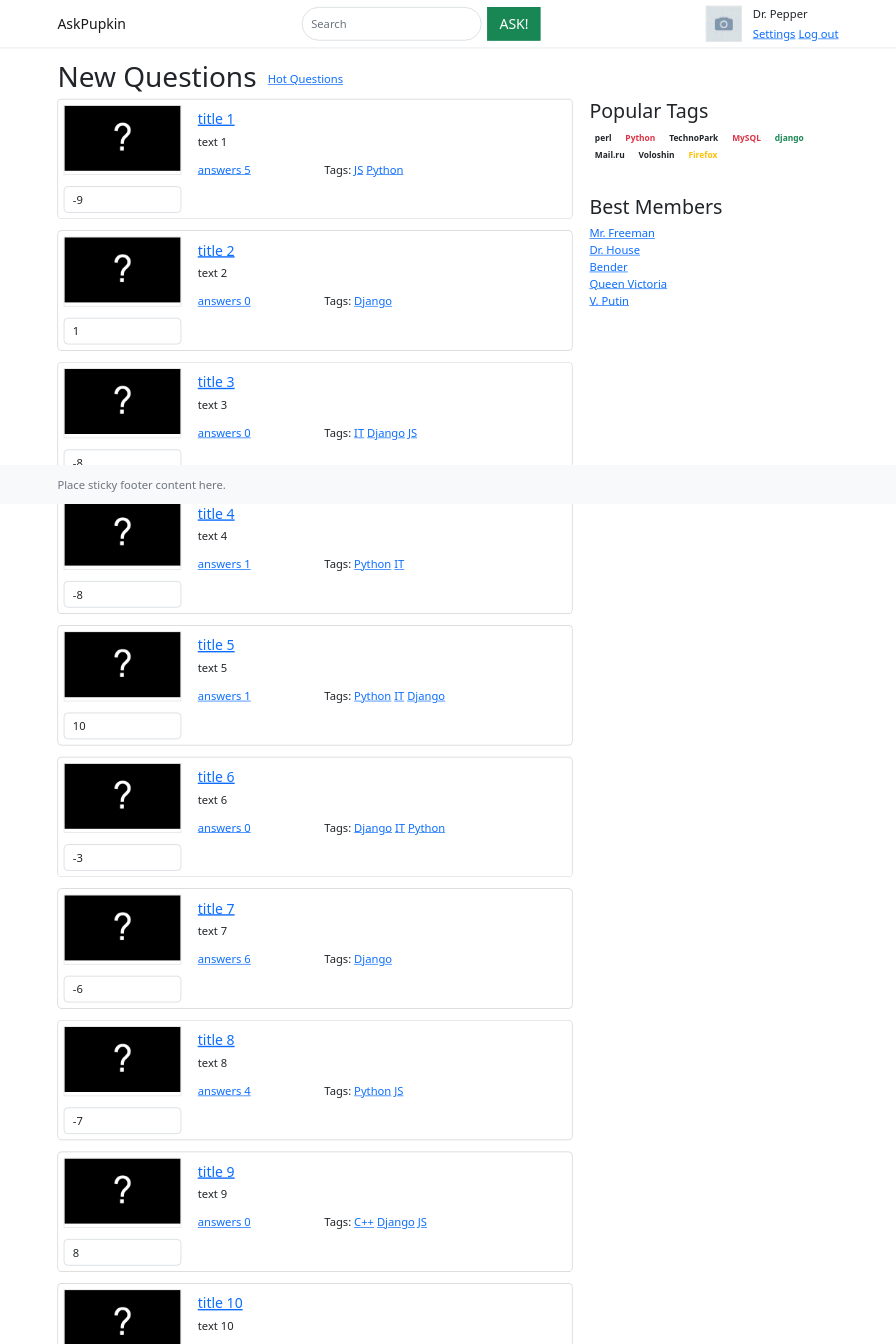
Repository: MiniDan21/askme_molchanov_django
Page: http://localhost/
The author's editor kept a copy of each file at every save. The page is drawn from the files as they stood at one save, then again after the next save.
The browser window is 1280 px wide. The pictures show the part of the page from y = 0 to 1920 px (the page is 5647 px tall before and 5643 px after), at 70% of full size.
The page is served by the project's application, run on Django 5.2 (manage.py).

Above is the page before, as saved 2024-04-09 12:37:53.

After the next save:
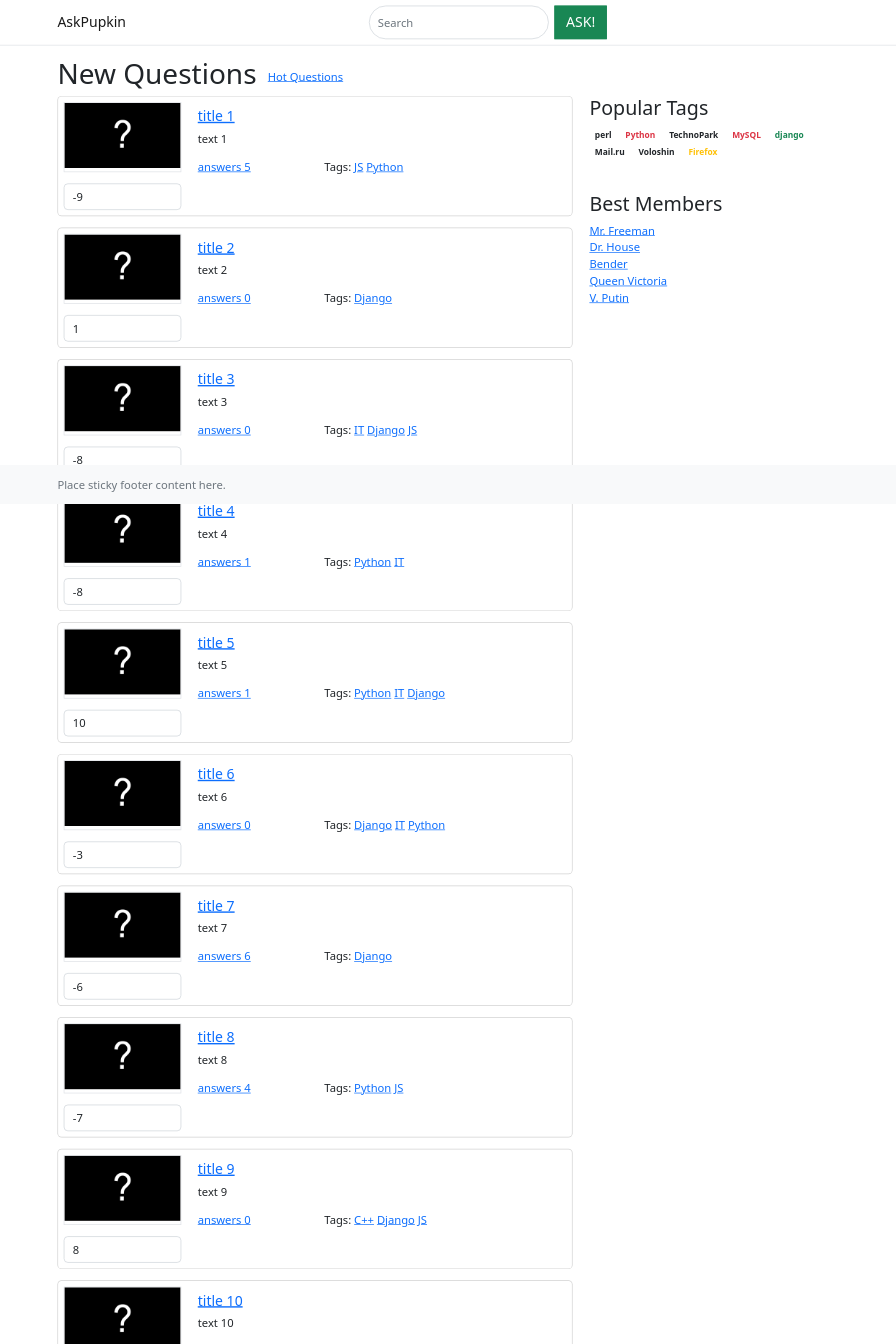
Saved 3 h 26 min later.
--- a/templates/layouts/base.html
+++ b/templates/layouts/base.html
@@ -40,21 +40,13 @@
           >ASK!</button>
         </form>
         <div class="d-flex justify-content-between gap-3">
-          <div class="border">
-            <img
-              src="../static/img/alter_avatar.jpg"
-              alt="Avatar"
-              width="50"
-              height="50"
-            />
-          </div>
-          <div class="d-flex flex-column justify-content-between">
-            <div>Dr. Pepper</div>
-            <div>
-              <a href="/settings.html">Settings</a>
-              <a href="/logout.html">Log out</a>
-            </div>
-          </div>
+          {% if user %}
+          {% block auth_user %}
+          {% endblock %}
+          {% else %}
+          {% block anonym_user %}
+          {% endblock %}
+          {% endif %}
         </div>
       </div>
     {% endblock %}

After the 4 saves that followed:
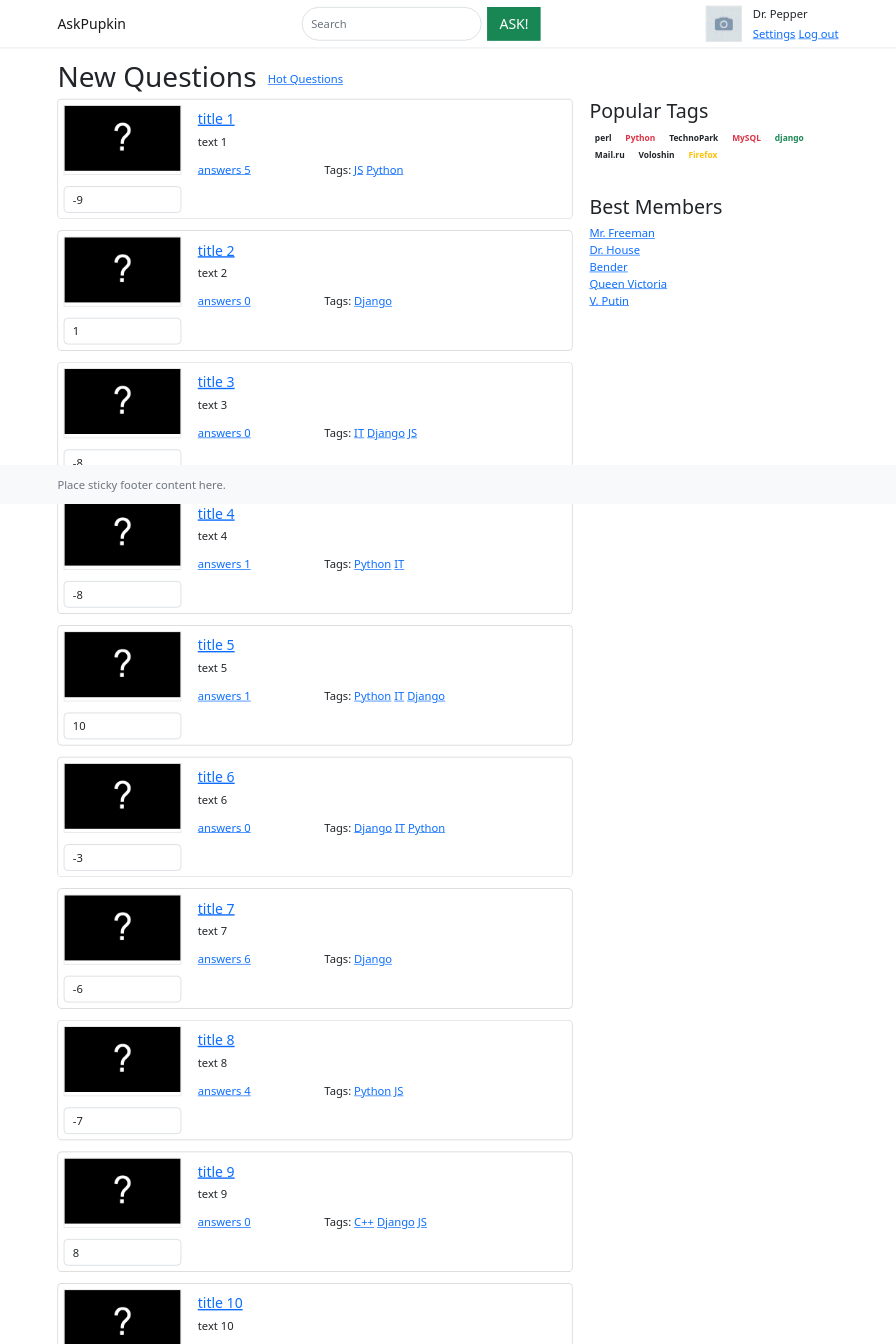
The 4 saves are shown as one change because 2 did not build or start and 1 left the picture as it was.
The last was saved 9 min 25 s later.
--- a/templates/layouts/base.html
+++ b/templates/layouts/base.html
@@ -40,13 +40,7 @@
           >ASK!</button>
         </form>
         <div class="d-flex justify-content-between gap-3">
-          {% if user %}
-          {% block auth_user %}
-          {% endblock %}
-          {% else %}
-          {% block anonym_user %}
-          {% endblock %}
-          {% endif %}
+          {% include 'layouts/loged_in.html' %}
         </div>
       </div>
     {% endblock %}
--- a/templates/layouts/loged_in.html
+++ b/templates/layouts/loged_in.html
@@ -1,61 +1,24 @@
-<!doctype html>
-<html lang="en">
-  <head>
-    <meta charset="utf-8"/>
-    <meta
-      name="viewport"
-      content="width=device-width, initial-scale=1"
-    />
-    <title>Bootstrap demo</title>
-    <link
-      rel="stylesheet"
-      href="../static/css/bootstrap.css"
-    />
-    <link
-      rel="stylesheet"
-      href="../static/css/custom.css"
-    />
-  </head>
-  <body>
-    {% block navbar %}
-    <nav class="navbar bg-body-tertiary border-bottom">
-      <div class="container-sm-fluid container-lg">
-        <a class="navbar-brand">AskPupkin</a>
-        <form
-          class="d-flex"
-          role="search"
-        >
-          <input
-            class="form-control me-2 rounded-pill"
-            type="search"
-            placeholder="Search"
-            aria-label="Search"
-          />
-          <button
-            class="btn btn-success btn-lg rounded-0"
-            type="submit"
-          >ASK!</button>
-        </form>
-        <div class="d-flex justify-content-between gap-3">
-          <div class="border">
-            <img
-              src="../static/img/alter_avatar.jpg"
-              alt="Avatar"
-              width="50"
-              height="50"
-            />
-          </div>
-          <div class="d-flex flex-column justify-content-between">
-            <div>Dr. Pepper</div>
-            <div>
-              <a href="/settings.html">Settings</a>
-              <a href="/logout.html">Log out</a>
-            </div>
-          </div>
-        </div>
-      </div>
-    </nav>
-    {% endblock %}
-    <script src="../static/js/bootstrap.bundle.min.js"></script>
-  </body>
-</html>
+{% if user %}
+<div class="border">
+  <img
+    src="../static/img/alter_avatar.jpg"
+    alt="Avatar"
+    width="50"
+    height="50"
+  />
+</div>
+<div class="d-flex flex-column justify-content-between">
+  <div>Dr. Pepper</div>
+  <div>
+    <a href="/settings.html">Settings</a>
+    <a href="/logout.html">Log out</a>
+  </div>
+</div>
+{% else %}
+<div class="d-flex flex-column justify-content-between">
+  <div>
+    <a href="./login.html">log in</a>
+    <a href="./signup.html">register</a>
+  </div>
+</div>
+{% endif %}
